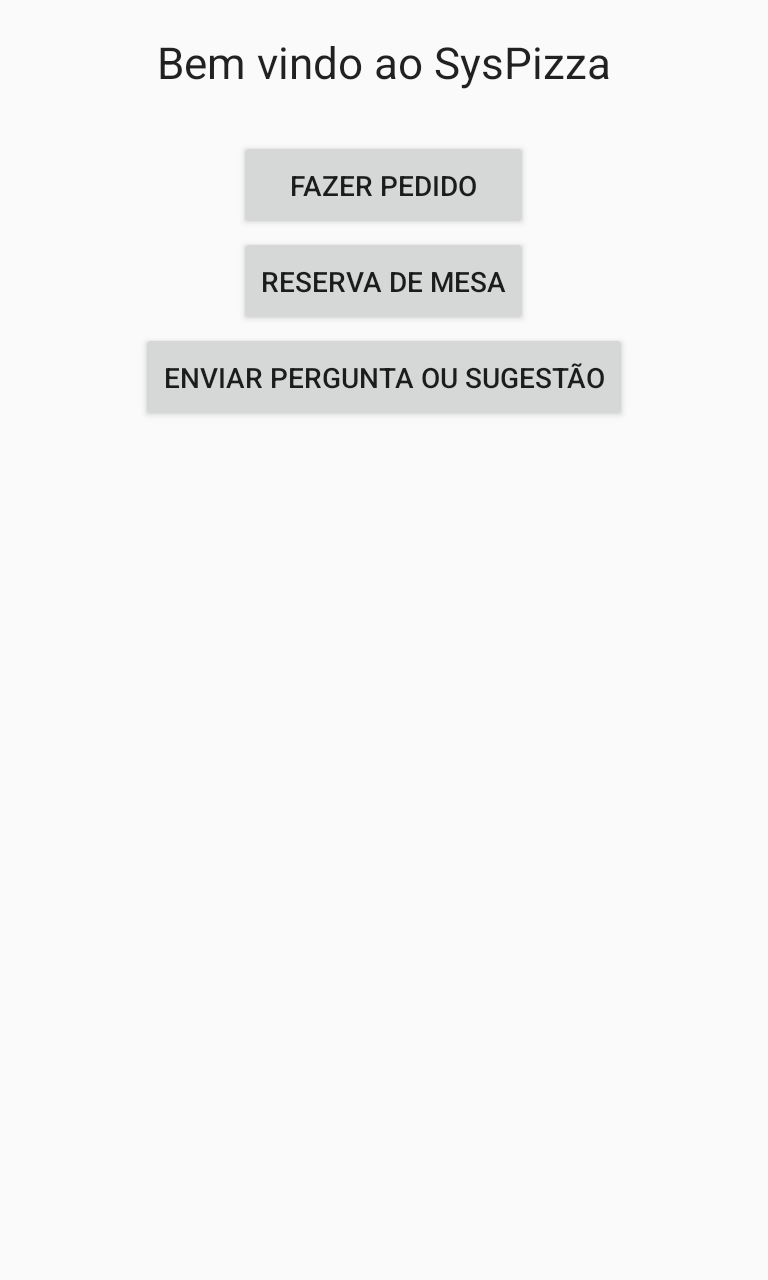
Repository: LucasSampaio/SysPizza-PSI
Layout: CodigoFonte/MOBILE/SysPizza/res/layout/activity_efetuar_pedido.xml
These files come from the project's save history. The layout is drawn as it stood at one moment and after the next save; the edit follows.
It is drawn on a 768 x 1280 px phone screen (xhdpi) without system bars, with theme AppTheme; the app's code is not run.

Above is the layout before, as saved 2014-09-20 01:07:51.

After the next save:
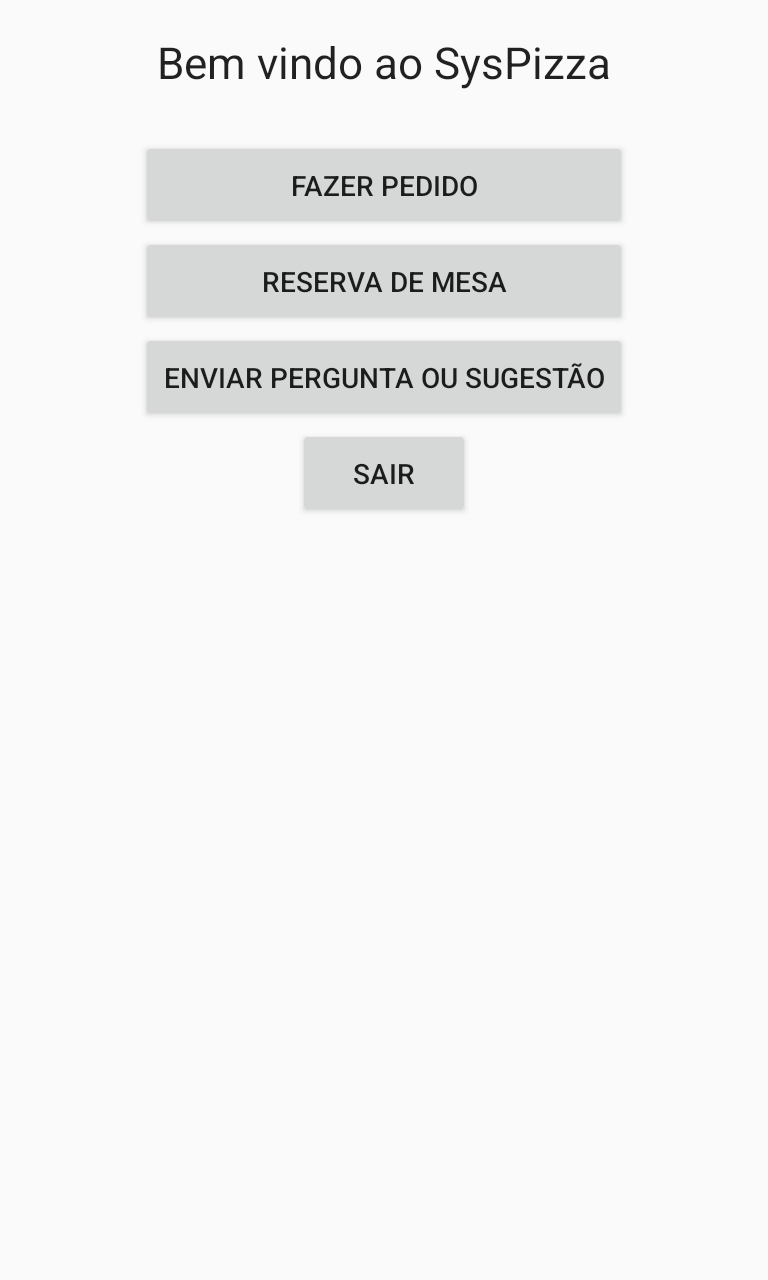
Saved 25 s later.
--- a/CodigoFonte/MOBILE/SysPizza/res/layout/activity_efetuar_pedido.xml
+++ b/CodigoFonte/MOBILE/SysPizza/res/layout/activity_efetuar_pedido.xml
@@ -31,8 +31,9 @@
         android:id="@+id/btSolicitarReserva"
         android:layout_width="wrap_content"
         android:layout_height="wrap_content"
+        android:layout_alignLeft="@+id/btPerguntaESugestao"
+        android:layout_alignRight="@+id/btPerguntaESugestao"
         android:layout_below="@+id/btEfetuarPedido"
-        android:layout_centerHorizontal="true"
         android:text="Reserva de mesa" />
 
     <Button
@@ -43,4 +44,12 @@
         android:layout_centerHorizontal="true"
         android:text="Enviar pergunta ou sugestão" />
 
+    <Button
+        android:id="@+id/btSair"
+        android:layout_width="wrap_content"
+        android:layout_height="wrap_content"
+        android:layout_below="@+id/btPerguntaESugestao"
+        android:layout_centerHorizontal="true"
+        android:text="Sair" />
+
 </RelativeLayout>
